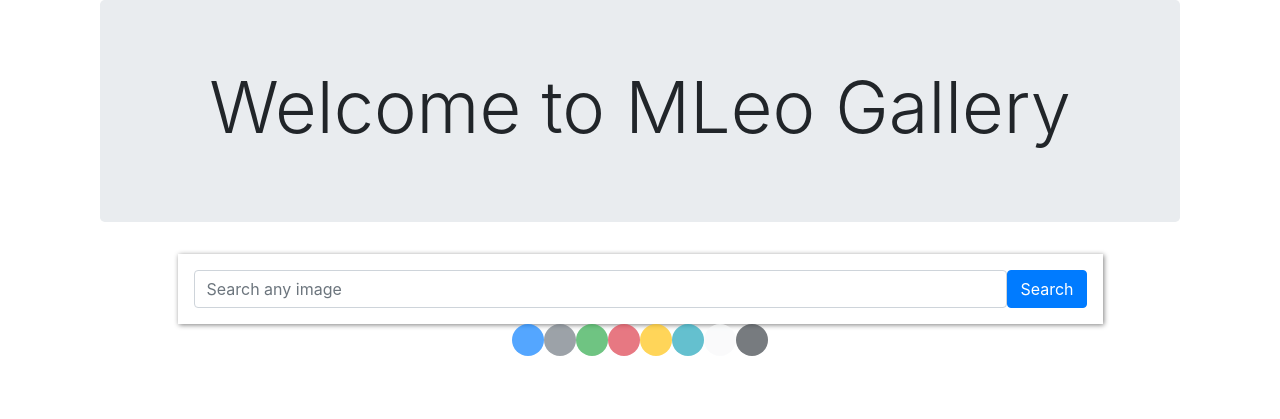
Repository: the-manohar/gallery
Page: /
The author's editor kept a copy of each file at every save. The page is drawn from the files as they stood at one save, then again after the next save.
The browser window is 1280 px wide. The pictures show the whole page.
The project was rebuilt for these pictures with package versions that can differ from the ones it lists, and the page was loaded fresh each time.

Above is the page before, as saved 2020-06-19 00:31:13.

### public/index.html
<!DOCTYPE html>
<html lang="en">
  <head>
    <meta charset="utf-8" />
    <link rel="icon" href="%PUBLIC_URL%/favicon.ico" />
    <meta name="viewport" content="width=device-width, initial-scale=1" />
    <meta name="theme-color" content="#000000" />
    <meta
      name="description"
      content="Web site created using create-react-app"
    />
    <link rel="apple-touch-icon" href="%PUBLIC_URL%/logo192.png" />
    <!--
      manifest.json provides metadata used when your web app is installed on a
      user's mobile device or desktop. See https://developers.google.com/web/fundamentals/web-app-manifest/
    -->
    <link rel="manifest" href="%PUBLIC_URL%/manifest.json" />
    <!--
      Notice the use of %PUBLIC_URL% in the tags above.
      It will be replaced with the URL of the `public` folder during the build.
      Only files inside the `public` folder can be referenced from the HTML.

      Unlike "/favicon.ico" or "favicon.ico", "%PUBLIC_URL%/favicon.ico" will
      work correctly both with client-side routing and a non-root public URL.
      Learn how to configure a non-root public URL by running `npm run build`.
    -->
    <title>MLeo App</title>
  </head>
  <body>
    <noscript>You need to enable JavaScript to run this app.</noscript>
    <div id="root"></div>
    <!--
      This HTML file is a template.
      If you open it directly in the browser, you will see an empty page.

      You can add webfonts, meta tags, or analytics to this file.
      The build step will place the bundled scripts into the <body> tag.

      To begin the development, run `npm start` or `yarn start`.
      To create a production bundle, use `npm run build` or `yarn build`.
    -->
  </body>
</html>

### src/index.js
import React from "react";
import ReactDOM from "react-dom";
import "./index.css";
import "bootstrap/dist/css/bootstrap.css";
import App from "./App";
import * as serviceWorker from "./serviceWorker";

ReactDOM.render(
  <React.StrictMode>
    <App />
  </React.StrictMode>,
  document.getElementById("root")
);

// If you want your app to work offline and load faster, you can change
// unregister() to register() below. Note this comes with some pitfalls.
// Learn more about service workers: https://bit.ly/CRA-PWA
serviceWorker.unregister();

### src/App.js
import React, { useState } from "react";
import { Button, InputGroup, Input, Jumbotron, Spinner } from "reactstrap";

import "./App.css";

function App() {
  const [value, setValue] = useState("");
  const [result, setResult] = useState([]);
  const fetchImages = () => {
    fetch(
      `https://api.unsplash.com/search/photos/?client_id=V38aA4zOjg1Xb1lBpNRUAK8duXvqwhDHHJbssXB_Pps&query=${value}&orientation=squarish&per_page=18`
    )
      .then((res) => res.json())
      .then((data) => {
        setResult(data.results);
      });
  };
  return (
    <div className="container App">
      <div className="col-md-12 col-sm-10 col-xs-12">
        <Jumbotron>
          <h1 className="display-3">Welcome to MLeo Gallery</h1>
        </Jumbotron>
      </div>
      <div className="d-flex p-3 mx-auto mydiv col-sm-12 col-md-10 col-xs-3 ">
        <InputGroup>
          <Input
            placeholder="Search any image"
            value={value}
            onChange={(event) => setValue(event.target.value)}
          />
        </InputGroup>
        <Button color="primary" onClick={() => fetchImages()}>
          Search
        </Button>
      </div>
      {result.length > 0 ? (
        <div className="col-sm-12">
          {result.map((item) => {
            return (
              <img
                className=" img-thumbnail"
                key={item.id}
                src={item.urls.small}
                alt={item.urls.small}
              />
            );
          })}
        </div>
      ) : (
        // <Spinner style={{ width: "3rem", height: "3rem" }} />
        <div>
          <Spinner type="grow" color="primary" />
          <Spinner type="grow" color="secondary" />
          <Spinner type="grow" color="success" />
          <Spinner type="grow" color="danger" />
          <Spinner type="grow" color="warning" />
          <Spinner type="grow" color="info" />
          <Spinner type="grow" color="light" />
          <Spinner type="grow" color="dark" />
        </div>
      )}
    </div>
  );
}

export default App;

//

### src/App.css
.App {
  text-align: center;
}
.mydiv {
  /* display: flex; */
  /* justify-content: space-around; */
  /* margin: 10px 7%; */
  box-shadow: 1px 1px 5px grey;
  /* padding: 10px; */
}
.gallery {
  display: flex;
  flex-wrap: wrap;
  justify-content: space-around;
}
.item {
  width: 30%;
  margin: 5px;
}

Loaded but not shown: src/index.css (common file); src/serviceWorker.js (common file)

After the next save:
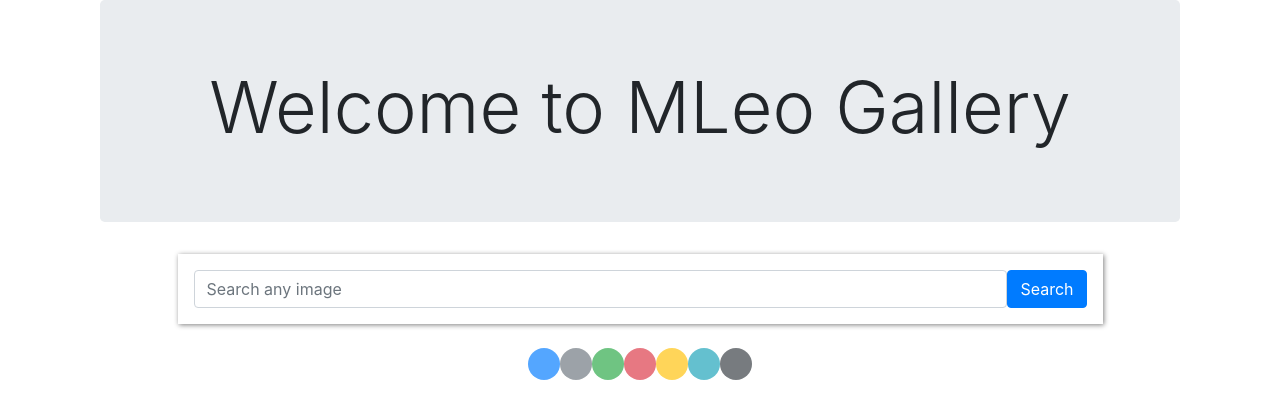
Saved 24 s later.
--- a/src/App.js
+++ b/src/App.js
@@ -49,14 +49,13 @@ function App() {
         </div>
       ) : (
         // <Spinner style={{ width: "3rem", height: "3rem" }} />
-        <div>
+        <div className="mt-4">
           <Spinner type="grow" color="primary" />
           <Spinner type="grow" color="secondary" />
           <Spinner type="grow" color="success" />
           <Spinner type="grow" color="danger" />
           <Spinner type="grow" color="warning" />
           <Spinner type="grow" color="info" />
-          <Spinner type="grow" color="light" />
           <Spinner type="grow" color="dark" />
         </div>
       )}
